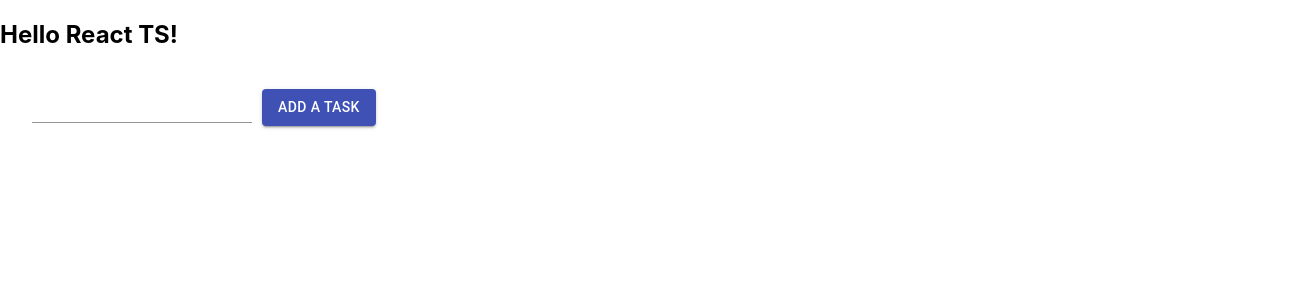
Repository: Salvaaragon/ItemListReact
Page: /
These files come from the project's save history. The page is drawn as it stood at one moment and after the next save; the edit follows.
The browser window is 1280 px wide. The page is 1314 px wide, so the pictures cover 1314 px, including what lies to the right of the window. The pictures show the whole page.
The project was rebuilt for these pictures with package versions that can differ from the ones it lists, and the page was loaded fresh each time. Also part of the build but not shown: src/components/TasksListItem.tsx.

Above is the page before, as saved 2019-08-04 11:32:44.

### src/App.tsx
import React, { Component } from 'react';
import { Task } from './models/task';
import { NewTaskForm } from './components/NewTaskForm';
import { TasksList } from './components/TaskList';

interface State {
	newTask: Task;
	tasks: Task[];
}

class App extends Component<{}, State> {

	private addTask = (event: React.FormEvent<HTMLFormElement>) => {
		event.preventDefault();

		this.setState(previousState => ({
			newTask: {
				id: previousState.newTask.id + 1,
				name: ""
			},
			tasks: [...previousState.tasks, previousState.newTask]
		}));
	};

	private handleTaskChange = (event: React.ChangeEvent<HTMLInputElement>) => {
		this.setState({
			newTask: {
				...this.state.newTask,
				name: event.target.value
			}
		});
	};

	private deleteTask = (taskToDelete: Task) => {
		this.setState(previousState => ({
			tasks: [
				...previousState.tasks.filter(task => task.id !== taskToDelete.id)
			]
		}));
	};


	state = {
		newTask: {
			id: 1,
			name: ""
		},
		tasks: []
	}

	render() {
		return(
			<div>
				<h2>Hello React TS!</h2>
				<NewTaskForm
					task={this.state.newTask}
					onAdd={this.addTask}
					onChange={this.handleTaskChange}
				/>
				<TasksList tasks={this.state.tasks} onDelete={this.deleteTask}/>
			</div>
		)
	}
}

export default App;

### src/components/NewTaskForm.tsx
import React, { FunctionComponent } from "react";
import { Task } from "../models/task";
import ReactDOM from 'react-dom';
import Button from '@material-ui/core/Button';
import Input from '@material-ui/core/Input';
import Grid from '@material-ui/core/Grid';

var myStyle = {
    margin: "10px",
};

interface Props {
    onChange: (event: React.ChangeEvent<HTMLInputElement>) => void;
    onAdd: (event: React.FormEvent<HTMLFormElement>) => void;
    task: Task;
}

export const NewTaskForm: FunctionComponent<Props> = ({
    onChange,
    onAdd,
    task,
}) => (
    <Grid container spacing={3} style={myStyle}>
        <Grid item xs>
        <form onSubmit={onAdd}>
            <Input onChange={onChange} value={task.name} style={myStyle}/>
            <Button variant="contained" color="primary" type="submit">Add a task</Button>
        </form>
        </Grid>
    </Grid>
);

### src/components/TaskList.tsx
import React, { FunctionComponent } from "react";

import { Task } from "../models/task";
import { TaskListItem } from "./TasksListItem";

interface Props {
  tasks: Task[];
  onDelete: (task: Task) => void;
}

export const TasksList: FunctionComponent<Props> = ({ tasks, onDelete }) => (
  <ul>
    {tasks.map(task => (
      <TaskListItem task={task} onDelete={onDelete} />
    ))}
  </ul>
);

Loaded but not shown: public/index.html (common file); src/index.tsx (common file); src/index.css (common file); src/serviceWorker.ts (common file)

After the next save:
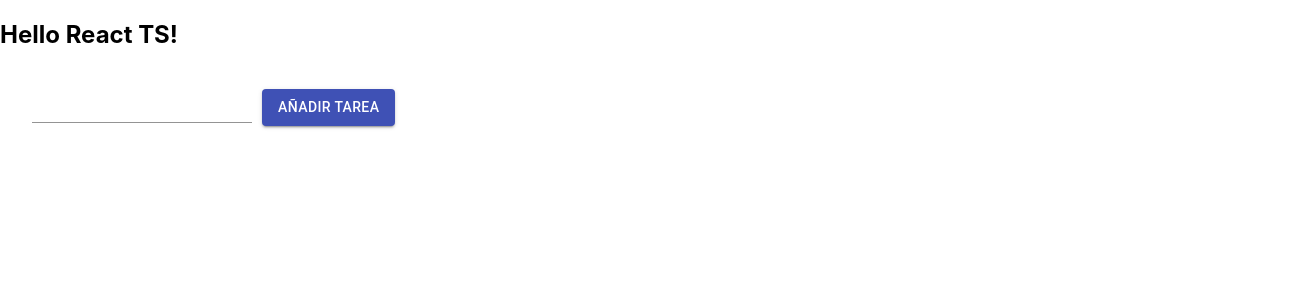
Saved 10 s later.
--- a/src/components/NewTaskForm.tsx
+++ b/src/components/NewTaskForm.tsx
@@ -24,7 +24,7 @@ export const NewTaskForm: FunctionComponent<Props> = ({
         <Grid item xs>
         <form onSubmit={onAdd}>
             <Input onChange={onChange} value={task.name} style={myStyle}/>
-            <Button variant="contained" color="primary" type="submit">Add a task</Button>
+            <Button variant="contained" color="primary" type="submit">Añadir tarea</Button>
         </form>
         </Grid>
     </Grid>
